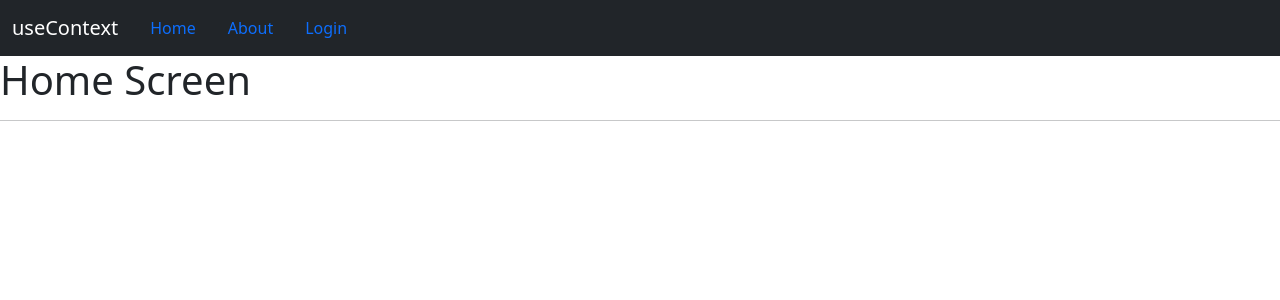
Repository: ppfeliuu/hooks-app
Page: /
The author's editor kept a copy of each file at every save. The page is drawn from the files as they stood at one save, then again after the next save.
The browser window is 1280 px wide. The pictures show the whole page.
The project was rebuilt for these pictures with package versions that can differ from the ones it lists, and the page was loaded fresh each time. A package was used in the major version that the imports need, not the one package.json lists. Also part of the build but not shown: src/components/09-useContext/AboutScreen.js, src/components/09-useContext/LoginScreen.js.

Above is the page before, as saved 2021-05-30 14:04:35.

### public/index.html
<!DOCTYPE html>
<html lang="en">
  <head>
    <meta charset="utf-8" />
    <link rel="icon" href="%PUBLIC_URL%/favicon.ico" />
    <meta name="viewport" content="width=device-width, initial-scale=1" />
    <meta name="theme-color" content="#000000" />
    <meta
      name="description"
      content="Web site created using create-react-app"
    />
    <link rel="apple-touch-icon" href="%PUBLIC_URL%/logo192.png" />
    <!--
      manifest.json provides metadata used when your web app is installed on a
      user's mobile device or desktop. See https://developers.google.com/web/fundamentals/web-app-manifest/
    -->
    <link rel="manifest" href="%PUBLIC_URL%/manifest.json" />
    <!--
      Notice the use of %PUBLIC_URL% in the tags above.
      It will be replaced with the URL of the `public` folder during the build.
      Only files inside the `public` folder can be referenced from the HTML.

      Unlike "/favicon.ico" or "favicon.ico", "%PUBLIC_URL%/favicon.ico" will
      work correctly both with client-side routing and a non-root public URL.
      Learn how to configure a non-root public URL by running `npm run build`.
    -->
    <link
      href="https://cdn.jsdelivr.net/npm/bootstrap@5.0.1/dist/css/bootstrap.min.css"
      rel="stylesheet"
      integrity="sha384-+0n0xVW2eSR5OomGNYDnhzAbDsOXxcvSN1TPprVMTNDbiYZCxYbOOl7+AMvyTG2x"
      crossorigin="anonymous"
    />
    <title>Hooks App</title>
  </head>
  <body>
    <noscript>You need to enable JavaScript to run this app.</noscript>
    <div id="root"></div>
    <!--
      This HTML file is a template.
      If you open it directly in the browser, you will see an empty page.

      You can add webfonts, meta tags, or analytics to this file.
      The build step will place the bundled scripts into the <body> tag.

      To begin the development, run `npm start` or `yarn start`.
      To create a production bundle, use `npm run build` or `yarn build`.
    -->
  </body>
</html>

### src/index.js
import React from "react";
import ReactDOM from "react-dom";
// import { Padre } from "./components/07-tarea-memo/Padre";
// import { CallBackHook } from "./components/06-memos/CallBackHook";
// import { MemoHook } from "./components/06-memos/MemoHooks";
// import { CounterApp } from "./components/01-useState/CounterApp";
// import { CounterWithCustomHook } from "./components/01-useState/CounterWithCustomHook";
// import { FormWithCustomHook } from "./components/02-useEffect/FormWithCustomHook";
// import { SimpleForm } from "./components/02-useEffect/SimpleForm";
// import { FocusScreen } from "./components/04-useRef/FocusScreen";
// import { RealExampleRef } from "./components/04-useRef/RealExampleRef";
// import { LayoutEffects } from "./components/05-useLayoutEffect/LayoutEffect";
// import { MultipleCustomHooks } from "./components/examples/MultipleCustomHooks";
// import { HookApp } from "./HookApp";
// import { Memorize } from "./components/06-memos/Memorize";
// import { TodoApp } from "./components/08-useReducer/TodoApp";
import { MainApp } from "./components/09-useContext/MainApp";

ReactDOM.render(<MainApp />, document.getElementById("root"));
// import "./components/08-useReducer/intro-reducer";

### src/components/09-useContext/MainApp.js
import React from "react";
import { AppRouter } from "./AppRouter";

export const MainApp = () => {
  return (
    <div>
      <AppRouter />
    </div>
  );
};

### src/components/09-useContext/AppRouter.js
import React from "react";
import {
  BrowserRouter as Router,
  Switch,
  Route,
  Redirect,
} from "react-router-dom";
import { AboutScreen } from "./AboutScreen";
import { LoginScreen } from "./LoginScreen";
import { HomeScreen } from "./HomeScreen";
import { NavBar } from "./NavBar";

export const AppRouter = () => {
  return (
    <Router>
      <div>
        <NavBar />
        <Switch>
          <Route path="/" exact component={HomeScreen} />
          <Route path="/about" component={AboutScreen} />
          <Route path="/login" component={LoginScreen} />
          <Redirect to="/" />
        </Switch>
      </div>
    </Router>
  );
};

### src/components/09-useContext/HomeScreen.js
import React from "react";

export const HomeScreen = () => {
  return (
    <div>
      <h1>Home Screen</h1>
      <hr />
    </div>
  );
};

### src/components/09-useContext/NavBar.js
import React from "react";
import { Link, NavLink } from "react-router-dom";

export const NavBar = () => {
  return (
    <nav className="navbar navbar-expand-sm navbar-dark bg-dark">
      <div className="container-fluid">
        <a className="navbar-brand" href="#">
          useContext
        </a>

        <div className="collapse navbar-collapse" id="navbarNav">
          <NavLink
            activeClassName="active"
            className="nav-item nav-link"
            aria-current="page"
            to="/"
          >
            Home
          </NavLink>

          <NavLink
            activeClassName="active"
            className="nav-item nav-link"
            to="/about"
          >
            About
          </NavLink>

          <NavLink
            activeClassName="active"
            className="nav-item nav-link"
            to="/login"
          >
            Login
          </NavLink>
        </div>
      </div>
    </nav>
  );
};

After the next save:
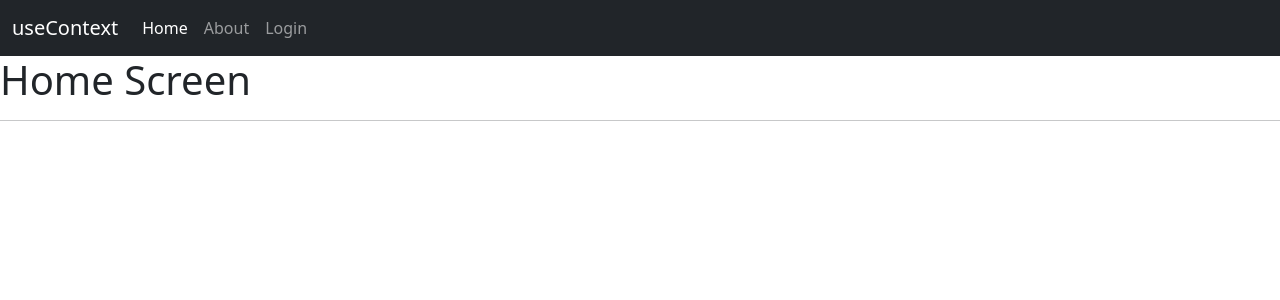
Saved 57 s later.
--- a/src/components/09-useContext/NavBar.js
+++ b/src/components/09-useContext/NavBar.js
@@ -10,30 +10,32 @@ export const NavBar = () => {
         </a>
 
         <div className="collapse navbar-collapse" id="navbarNav">
-          <NavLink
-            activeClassName="active"
-            className="nav-item nav-link"
-            aria-current="page"
-            to="/"
-          >
-            Home
-          </NavLink>
+          <div className="navbar-nav">
+            <NavLink
+              activeClassName="active"
+              className="nav-item nav-link"
+              aria-current="page"
+              to="/"
+            >
+              Home
+            </NavLink>
 
-          <NavLink
-            activeClassName="active"
-            className="nav-item nav-link"
-            to="/about"
-          >
-            About
-          </NavLink>
+            <NavLink
+              activeClassName="active"
+              className="nav-item nav-link"
+              to="/about"
+            >
+              About
+            </NavLink>
 
-          <NavLink
-            activeClassName="active"
-            className="nav-item nav-link"
-            to="/login"
-          >
-            Login
-          </NavLink>
+            <NavLink
+              activeClassName="active"
+              className="nav-item nav-link"
+              to="/login"
+            >
+              Login
+            </NavLink>
+          </div>
         </div>
       </div>
     </nav>
